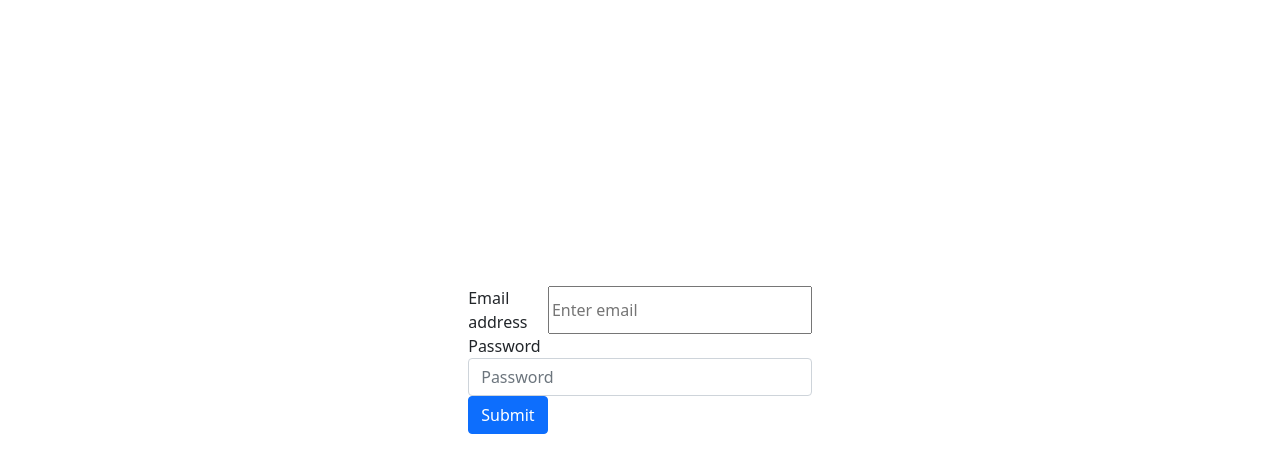
Repository: mariamkhaledsapra/E-Commerce-main
Page: /login
The author's editor kept a copy of each file at every save. The page is drawn from the files as they stood at one save, then again after the next save.
The browser window is 1280 px wide. The pictures show the whole page.
The project was rebuilt for these pictures with package versions that can differ from the ones it lists, and the page was loaded fresh each time. Also part of the build but not shown: src/App.css, src/components/Navbar.jsx, src/App.js.

Above is the page before, as saved 2024-02-13 21:59:58.

### public/index.html
<!DOCTYPE html>
<html lang="en">
  <head>
    <meta charset="utf-8" />
    <link rel="icon" href="%PUBLIC_URL%/favicon.ico" />
    <meta name="viewport" content="width=device-width, initial-scale=1" />
    <meta name="theme-color" content="#000000" />
    <meta
      name="description"
      content="Web site created using create-react-app"
    />
    <link href="https://cdn.jsdelivr.net/npm/bootstrap@5.1.3/dist/css/bootstrap.min.css" rel="stylesheet" integrity="sha384-1BmE4kWBq78iYhFldvKuhfTAU6auU8tT94WrHftjDbrCEXSU1oBoqyl2QvZ6jIW3" crossorigin="anonymous">

    <title>React App</title>
  </head>
  <body>
    <div id="root"></div>
  </body>
</html>

### src/index.js
import React from "react";
import ReactDOM from "react-dom/client";
import "./index.css";
import App from "./App";
import reportWebVitals from "./reportWebVitals";
import { createBrowserRouter, RouterProvider } from "react-router-dom";
import Login from "./components/Login";
import Navbar from "./components/Navbar";

const Routes = createBrowserRouter([
  {
    path: "/",
    element: <App />,
  },
  {
    path: "/login",
    element: <Login />,
  },
]);

const root = ReactDOM.createRoot(document.getElementById("root"));
root.render(
  <RouterProvider router={Routes}>
    <App />
  </RouterProvider>
);

reportWebVitals();

### src/index.css
body {
  display: flex;

  justify-content: center;

  align-items: center;

  height: 100vh;

  margin: 0;
}
/* .login {
  position: absolute;
  top: 50%;
  left: 50%;
  width: 100%;
  transform: translate(-50%, -50%);
  -webkit-transform: translate(-50%, -50%);
  -moz-transform: translate(-50%, -50%);
  -ms-transform: translate(-50%, -50%);
  -o-transform: translate(-50%, -50%);
} */

### src/components/Login.jsx
import React from "react";

const Login = () => {
  return (
    <div class="login-form w-100">
          <form>
            <div class="d-flex">
              <label for="email">Email address</label>

              <input
                type="email"
                class=" w-100"
                id="email"
                placeholder="Enter email"
              />
            </div>

            <div class="form-group">
              <label for="password">Password</label>

              <input
                type="password"
                class="form-control"
                id="password"
                placeholder="Password"
              />
            </div>

            <button type="submit" class="btn btn-primary">
              Submit
            </button>
          </form>
        </div>
  );
};

export default Login;

Loaded but not shown: src/reportWebVitals.js (common file)

After the next save:
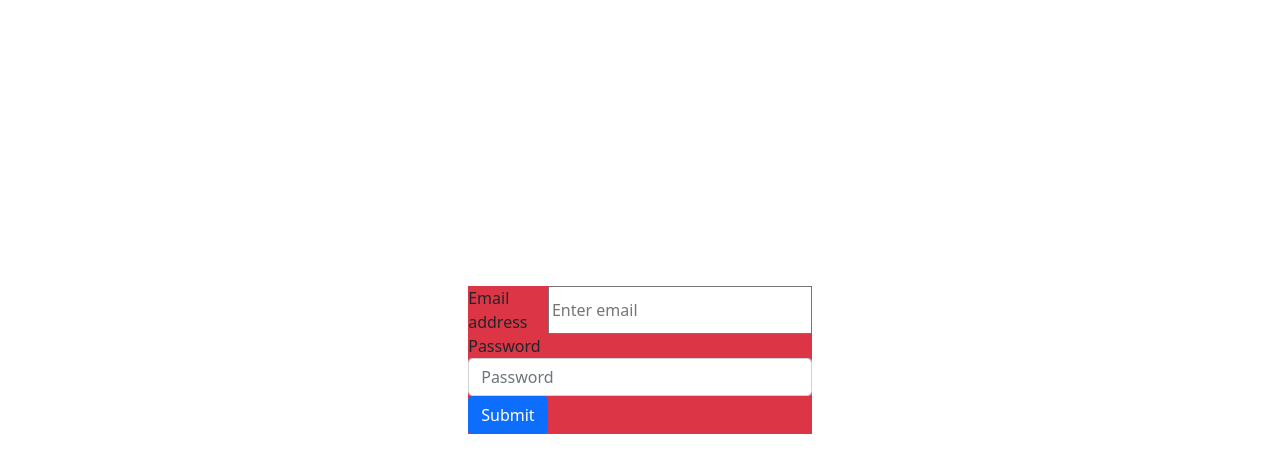
Saved 7 s later.
--- a/src/components/Login.jsx
+++ b/src/components/Login.jsx
@@ -2,7 +2,7 @@ import React from "react";
 
 const Login = () => {
   return (
-    <div class="login-form w-100">
+    <div class="login-form w-100 bg-danger">
           <form>
             <div class="d-flex">
               <label for="email">Email address</label>
